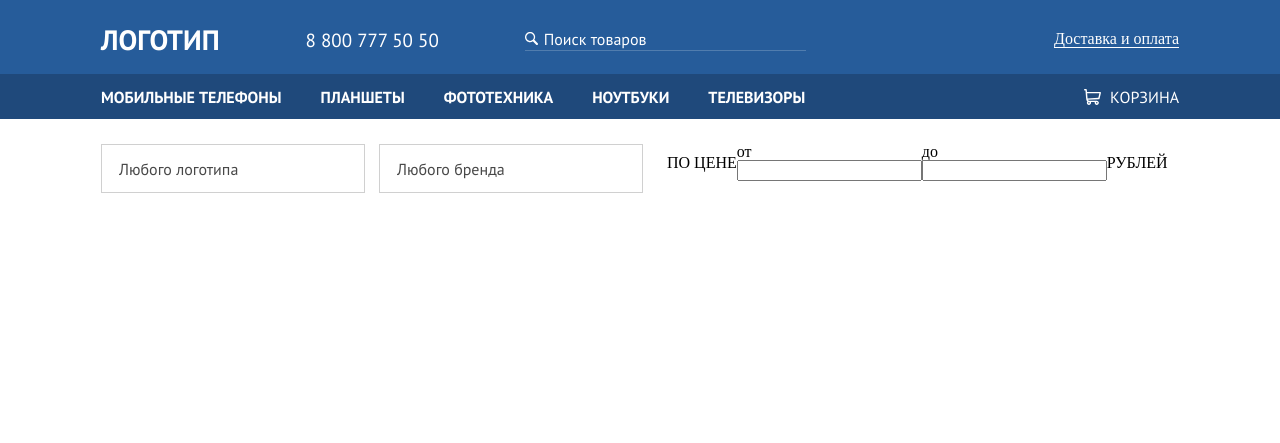
Repository: sem1103/WEBCompany
Page: index.html
These files come from the project's save history. The page is drawn as it stood at one moment and after the next save; the edit follows.
The browser window is 1280 px wide. The pictures show the whole page.

Above is the page before, as saved 2024-01-11 20:43:39.

### index.html
<!DOCTYPE html>
<html lang="en">

<head>
    <meta charset="UTF-8">
    <meta name="viewport" content="width=device-width, initial-scale=1.0">
    <title>Интернет магазин</title>

    <link rel="preconnect" href="https://fonts.googleapis.com">
    <link rel="preconnect" href="https://fonts.gstatic.com" crossorigin>
    <link href="https://fonts.googleapis.com/css2?family=PT+Sans:wght@400;700&display=swap" rel="stylesheet">

    <link rel="stylesheet" href="styles/reset.css">
    <link rel="stylesheet" href="styles/main.css">
</head>

<body>
    <div id="page">
        <header>
            <div class="container">
                <div class="header__logo">
                    <span>ЛОГОТИП</span>
                </div>
                <p class="phone__number"><a href="tel:+78007775050">8 800 777 50 50</a></p>
                <div class="search__items">
                    <button>
                        <svg xmlns="http://www.w3.org/2000/svg" width="13" height="13" viewBox="0 0 13 13" fill="none">
                            <path
                                d="M8.68135 1.48741C6.69814 -0.495804 3.4703 -0.495804 1.48709 1.48741C-0.495696 3.47106 -0.495696 6.69846 1.48709 8.6821C3.2532 10.4478 6.00382 10.6369 7.98574 9.25819C8.02744 9.45553 8.12289 9.64383 8.27637 9.79731L11.1646 12.6855C11.5855 13.1055 12.2656 13.1055 12.6843 12.6855C13.1048 12.265 13.1048 11.5849 12.6843 11.1657L9.79613 8.27669C9.64351 8.1245 9.45477 8.02863 9.25744 7.98692C10.6371 6.00457 10.4479 3.25438 8.68135 1.48741ZM7.76949 7.77024C6.28885 9.25089 3.87916 9.25089 2.39895 7.77024C0.919166 6.2896 0.919166 3.88034 2.39895 2.3997C3.87916 0.919489 6.28885 0.919489 7.76949 2.3997C9.25013 3.88034 9.25013 6.2896 7.76949 7.77024Z"
                                fill="white" />
                        </svg>
                    </button>
                        <input type="text" name="itemName" placeholder="Поиск товаров">

                </div>
                <p class="delivery"><a href="">Доставка и оплата</a></p>
                <a href="" class="mobile__cart">
                    <svg xmlns="http://www.w3.org/2000/svg" width="21" height="20" viewBox="0 0 21 20" fill="none">
                        <path d="M20.1372 3.64139H3.71775L3.47368 0.816059C3.43376 0.354025 3.0611 0 2.61469 0H0.862433C0.386124 0 0 0.401223 0 0.896159C0 1.39109 0.386124 1.79232 0.862433 1.79232H1.82622C2.35292 7.8897 0.991675 -7.86977 2.81815 13.2755C2.88854 14.1031 3.31889 15.0012 4.06025 15.6114C2.72361 17.3851 3.94489 20 6.11917 20C7.92379 20 9.19662 18.1298 8.57776 16.3584H13.298C12.6799 18.1275 13.95 20 15.7566 20C17.1983 20 18.3713 18.7812 18.3713 17.2831C18.3713 15.7849 17.1983 14.5661 15.7566 14.5661H6.125C5.46988 14.5661 4.89899 14.1554 4.65258 13.557L18.4354 12.7153C18.8117 12.6924 19.13 12.4181 19.2215 12.0381L20.9739 4.75489C21.1097 4.19014 20.6983 3.64139 20.1372 3.64139ZM6.11917 18.2077C5.62857 18.2077 5.22939 17.7929 5.22939 17.2831C5.22939 16.7732 5.62857 16.3584 6.11917 16.3584C6.60981 16.3584 7.009 16.7732 7.009 17.2831C7.009 17.7929 6.60981 18.2077 6.11917 18.2077ZM15.7565 18.2077C15.2659 18.2077 14.8667 17.7929 14.8667 17.2831C14.8667 16.7732 15.2659 16.3584 15.7565 16.3584C16.2472 16.3584 16.6464 16.7732 16.6464 17.2831C16.6464 17.7929 16.2472 18.2077 15.7565 18.2077ZM17.7018 10.9648L4.42042 11.7758L3.87257 5.43367H19.0326L17.7018 10.9648Z" fill="white"/>
                      </svg>
                </a>
            </div>

            <nav>
                <ul class="container">
                    <li><a href="">МОБИЛЬНЫЕ ТЕЛЕФОНЫ</a></li>
                    <li><a href="">ПЛАНШЕТЫ</a></li>
                    <li><a href="">ФОТОТЕХНИКА</a></li>
                    <li><a href="">НОУТБУКИ</a></li>
                    <li><a href="">ТЕЛЕВИЗОРЫ</a></li>

                    <li class="desc__cart"><a href="">
                       <svg xmlns="http://www.w3.org/2000/svg" width="17" height="16" viewBox="0 0 17 16" fill="none">
                            <path d="M16.3015 2.91311H3.0096L2.81202 0.652847C2.77971 0.28322 2.47804 0 2.11666 0H0.69816C0.312576 0 0 0.320979 0 0.716927C0 1.11288 0.312576 1.43385 0.69816 1.43385H1.47837C1.90475 6.31176 0.802785 -6.29581 2.28136 10.6204C2.33834 11.2825 2.68672 12.0009 3.28687 12.4891C2.20482 13.9081 3.19349 16 4.95361 16C6.4145 16 7.44488 14.5038 6.9439 13.0868H10.765C10.2647 14.502 11.2928 16 12.7553 16C13.9224 16 14.872 15.0249 14.872 13.8264C14.872 12.628 13.9224 11.6529 12.7553 11.6529H4.95834C4.428 11.6529 3.96585 11.3243 3.76638 10.8456L14.9239 10.1723C15.2285 10.1539 15.4862 9.93446 15.5603 9.63048L16.9789 3.80391C17.0888 3.35211 16.7558 2.91311 16.3015 2.91311ZM4.95361 14.5661C4.55646 14.5661 4.23331 14.2343 4.23331 13.8264C4.23331 13.4186 4.55646 13.0868 4.95361 13.0868C5.3508 13.0868 5.67395 13.4186 5.67395 13.8264C5.67395 14.2343 5.3508 14.5661 4.95361 14.5661ZM12.7553 14.5661C12.3581 14.5661 12.035 14.2343 12.035 13.8264C12.035 13.4186 12.3581 13.0868 12.7553 13.0868C13.1525 13.0868 13.4756 13.4186 13.4756 13.8264C13.4756 14.2343 13.1525 14.5661 12.7553 14.5661ZM14.33 8.77181L3.57844 9.42062L3.13494 4.34693H15.4073L14.33 8.77181Z" fill="white"/>
                          </svg>
                        КОРЗИНА</a></li>
                </ul>
            </nav>
        </header>

        <main>
            <div class="filter-title container">
                <div  id="logo__filter" class="filter">
                    <p class="display"></p>
                    <div class="list"></div>
                </div>

                <div  id="brand__filter" class="filter">
                    <p class="display"></p>
                    <div class="list"></div>
                </div>

                <div class="price__filter">
                    <p>ПО ЦЕНЕ</p>

                    <div class="price__from">
                        <p>от</p>
                        <input type="number" name="fromPrice" >
                    </div>
                    <div class="price__to">
                        <p>до</p>
                        <input type="number" name="toPrice" >

                    </div>
                    <p>РУБЛЕЙ</p>
                </div>
            </div>
        </main>

    </div>


    <script>
        document.addEventListener('DOMContentLoaded', ()=>{
            const logoList = [
                'Любого логотипа',
                'Компакт-камера',
                'Беззеркальная',
                'Зеркальная',
                'Среднеформатная'
            ]
            const brandList = [
                'Любого бренда',
                'Canon',
                'Nikon',
                'Sony',
                'Fujifilm',
                'Samsung',
                'Olympus'
            ]

            const logoFilter = document.getElementById('logo__filter');
            const brandFilter = document.getElementById('brand__filter');



            function showFilter(array, filter){
                const display = filter.querySelector('.display');
                const list = filter.querySelector('.list');
                display.innerText = array[0];
                array.forEach(item => {
                    if(display.innerText != item){
                        let p = document.createElement('p');
                        p.innerText = item;
                        list.append(p);
                    }
                });
            }

            showFilter(logoList, logoFilter);
            showFilter(brandList, brandFilter);
        })
    </script>
</body>

</html>

### styles/reset.css
:root{
    --blue: #265C9A;
    --darkBlue: #1F497B;
    --yellow: #FBFF3D;
    --fontPT: 'PT Sans'
 }
html{
    scroll-behavior: smooth;
}
html,
body,
div,
span,
applet,
object,
iframe,
h1,
h2,
h3,
h4,
h5,
h6,
p,
blockquote,
pre,
a,
abbr,
acronym,
address,
big,
cite,
code,
del,
dfn,
em,
img,
ins,
kbd,
q,
s,
samp,
small,
strike,
strong,
sub,
sup,
tt,
var,
b,
u,
i,
center,
dl,
dt,
dd,
ol,
ul,
li,
fieldset,
form,
label,
legend,
table,
caption,
tbody,
tfoot,
thead,
tr,
th,
td,
article,
aside,
canvas,
details,
embed,
figure,
figcaption,
footer,
header,
hgroup,
menu,
nav,
output,
ruby,
section,
summary,
time,
mark,
audio,
video {
    margin: 0;
    padding: 0;
    border: 0;
    font-size: 100%;
    font: inherit;
    vertical-align: baseline
}

article,
aside,
details,
figcaption,
figure,
footer,
header,
hgroup,
menu,
nav,
section {
    display: block
}

body {
    line-height: 1;
}

ol,
ul {
    list-style: none
}

blockquote,
q {
    quotes: none
}

blockquote:before,
blockquote:after,
q:before,
q:after {
    content: '';
    content: none
}

table {
    border-collapse: collapse;
    border-spacing: 0
}

a {
    text-decoration: none;
    color: inherit;
    transition: all .3s ease-in-out
}

a:hover {
    color: #365edc;
}

* {
    box-sizing: border-box
}

main img{
    width: 100%;
    height: auto;
}

### styles/main.css


.container{
    max-width: 1078px;
    margin: 0 auto;
}
header{
    background: var(--blue);
}
nav{
    background: var(--darkBlue);
}
header > div{
    display: flex;
    align-items: center;
    padding: 21px 0 16px 0;
}
header a:hover{
    color: var(--yellow);
}
.header__logo span{
    font:700 28px var(--fontPT);
    color: #fff;
}
.phone__number{
    margin: 0 86px;
    font: 19px var(--fontPT);
    color: #fff;
}
.search__items{
    border-bottom: 1px solid #517DAE;
    max-width: 281px;
    width: 100%;
}
.search__items button{
    background-color: transparent;
    border: 0;
    padding: 0;
    margin: 0;
    cursor: pointer;
}
.search__items input{
    font: 16px var(--fontPT);
    background-color: transparent;
    border: 0;
    outline: 0;
    color: #fff;
}
.search__items input::placeholder{
    color: #fff;
}
.delivery{
    margin: 0 0 0 auto;
    color: #fff;
    border-bottom: 1px solid #fff;
}


.mobile__cart{
    display: none;
}


nav ul{
    display: flex;
    color: #fff;
    padding: 13px 0 12px 0;
}
nav li{
    margin: 0 39px 0 0;
    font: 700 16px var(--fontPT);
}
.desc__cart{
    margin: 0 0 0 auto;
    font-weight: 400;
}
.desc__cart a{
    display: flex;
    align-items: center;
}
.desc__cart svg{
    margin: 0 9px 0 0 ;
}


/*Filter*/
.filter-title{
    padding: 25px 0 23px 0;
    display: flex;
    align-items: start;
}
.price__filter{
    display: flex;
    align-items: center;

}

.filter{
    font: 16px var(--fontPT);
    color: #484848;
    cursor: pointer;
    max-width: 264px;
    width: 100%;
    outline: 0;
    border: 1px solid #D0D0D0;
    overflow: hidden;
}
#brand__filter{
    margin: 0 24px 0 14px;
}
.display{
    padding: 14px 17px 13px 17px;
}
.list{
    height: 0;
}
.list p{
    cursor: pointer;
    transition: all .3s ease-in-out;
    padding: 7px 17px;

}
.list p:hover{
    background: #E8EEFF;
}
.list p:first-child{
    padding-top: 14px;
}

After the next save:
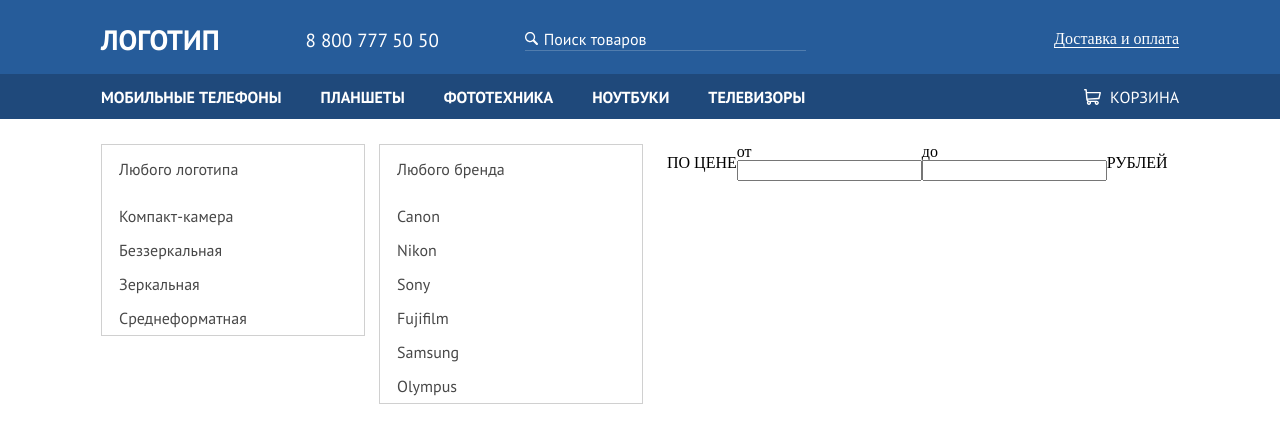
Saved 8 s later.
--- a/styles/main.css
+++ b/styles/main.css
@@ -112,7 +112,7 @@ nav li{
     padding: 14px 17px 13px 17px;
 }
 .list{
-    height: 0;
+    /* height: 0; */
 }
 .list p{
     cursor: pointer;
